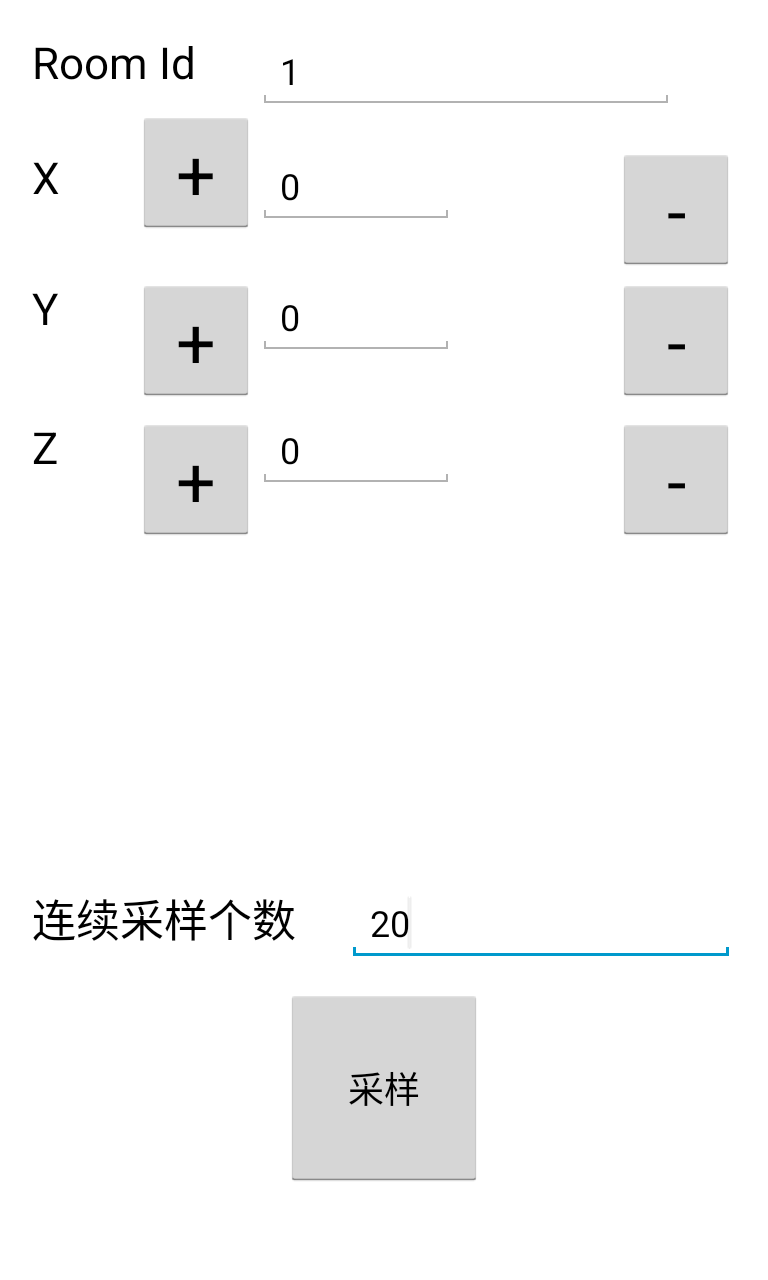
Repository: RenchuSong/tMap_Android
Layout: tmap_model_tool/res/layout/wifi_conllector.xml
An editor plug-in stored every save of this project. The layout is shown before and after the next save, followed by the edit.
It is drawn on a 768 x 1280 px phone screen (xhdpi) without system bars, with theme AppTheme; the app's code is not run.

Above is the layout before, as saved 2014-04-20 12:32:35.

### tmap_model_tool/res/layout/wifi_conllector.xml
<RelativeLayout xmlns:android="http://schemas.android.com/apk/res/android"
    xmlns:tools="http://schemas.android.com/tools"
    android:layout_width="match_parent"
    android:layout_height="match_parent"
    android:paddingBottom="@dimen/activity_vertical_margin"
    android:paddingLeft="@dimen/activity_horizontal_margin"
    android:paddingRight="@dimen/activity_horizontal_margin"
    android:paddingTop="@dimen/activity_vertical_margin"
    tools:context=".WifiCollector" >

    <TextView
        android:id="@+id/textView1"
        android:layout_width="wrap_content"
        android:layout_height="wrap_content"
        android:layout_alignParentLeft="true"
        android:layout_alignParentTop="true"
        android:text="Room Id"
        android:textAppearance="?android:attr/textAppearanceLarge" />

    <TextView
        android:id="@+id/textView2"
        android:layout_width="wrap_content"
        android:layout_height="wrap_content"
        android:layout_alignLeft="@+id/textView1"
        android:layout_below="@+id/textView1"
        android:layout_marginTop="28dp"
        android:text="X"
        android:textAppearance="?android:attr/textAppearanceLarge" />

    <TextView
        android:id="@+id/textView3"
        android:layout_width="wrap_content"
        android:layout_height="wrap_content"
        android:layout_alignLeft="@+id/textView2"
        android:layout_below="@+id/textView2"
        android:layout_marginTop="36dp"
        android:text="Y"
        android:textAppearance="?android:attr/textAppearanceLarge" />

    <TextView
        android:id="@+id/textView4"
        android:layout_width="wrap_content"
        android:layout_height="wrap_content"
        android:layout_alignLeft="@+id/textView3"
        android:layout_below="@+id/textView3"
        android:layout_marginTop="40dp"
        android:text="Z"
        android:textAppearance="?android:attr/textAppearanceLarge" />

    <EditText
        android:id="@+id/roomId"
        android:layout_width="wrap_content"
        android:layout_height="wrap_content"
        android:layout_marginLeft="30dp"
        android:layout_toRightOf="@+id/textView1"
        android:ems="10"
        android:text="1" >

    </EditText>

    <EditText
        android:id="@+id/x"
        android:layout_width="100dp"
        android:layout_height="wrap_content"
        android:layout_alignLeft="@+id/roomId"
        android:layout_alignTop="@+id/textView2"
        android:ems="10"
        android:text="0"  />

    <EditText
        android:id="@+id/y"
        android:layout_width="100dp"
        android:layout_height="wrap_content"
        android:layout_alignLeft="@+id/x"
        android:layout_alignTop="@+id/textView3"
        android:ems="10"
        android:text="0" >

    </EditText>

    <EditText
        android:id="@+id/z"
        android:layout_width="100dp"
        android:layout_height="wrap_content"
        android:layout_alignBaseline="@+id/textView4"
        android:layout_alignBottom="@+id/textView4"
        android:layout_alignLeft="@+id/y"
        android:ems="10"
        android:text="0" />

    <Button
        android:id="@+id/scan"
        android:layout_width="100dp"
        android:layout_height="100dp"
        android:layout_alignParentBottom="true"
        android:layout_centerHorizontal="true"
        android:layout_marginBottom="30dp"
        android:text="采样" />

    <Button
        android:id="@+id/up_x"
        android:layout_width="60dp"
        android:layout_height="wrap_content"
        android:layout_alignBaseline="@+id/x"
        android:layout_alignBottom="@+id/x"
        android:layout_toLeftOf="@+id/x"
        android:textSize="35sp"
        android:text="+" />

    <Button
        android:id="@+id/up_y"
        android:layout_width="60dp"
        android:layout_height="wrap_content"
        android:layout_alignLeft="@+id/up_x"
        android:layout_alignTop="@+id/y"
        android:textSize="35sp"
        android:text="+" />

    <Button
        android:id="@+id/up_z"
        android:layout_width="60dp"
        android:layout_height="wrap_content"
        android:layout_alignLeft="@+id/up_y"
        android:layout_alignTop="@+id/textView4"
        android:textSize="35sp"
        android:text="+" />

    <Button
        android:id="@+id/down_x"
        android:layout_width="60dp"
        android:layout_height="wrap_content"
        android:layout_alignParentRight="true"
        android:layout_alignTop="@+id/x"
        android:textSize="35sp"
        android:text="-" />

    <Button
        android:id="@+id/down_y"
        android:layout_width="60dp"
        android:layout_height="wrap_content"
        android:layout_alignParentRight="true"
        android:layout_alignTop="@+id/y"
        android:textSize="35sp"
        android:text="-" />

    <Button
        android:id="@+id/down_z"
        android:layout_width="60dp"
        android:layout_height="wrap_content"
        android:layout_alignBaseline="@+id/up_z"
        android:layout_alignBottom="@+id/up_z"
        android:layout_alignLeft="@+id/down_y"
        android:textSize="35sp"
        android:text="-" />

    <TextView
        android:id="@+id/textView5"
        android:layout_width="wrap_content"
        android:layout_height="wrap_content"
        android:layout_above="@+id/scan"
        android:layout_alignLeft="@+id/textView4"
        android:layout_marginBottom="19dp"
        android:text="连续采样个数"
        android:textAppearance="?android:attr/textAppearanceLarge" />

    <EditText
        android:id="@+id/each_time"
        android:layout_width="wrap_content"
        android:layout_height="wrap_content"
        android:layout_alignBaseline="@+id/textView5"
        android:layout_alignBottom="@+id/textView5"
        android:layout_marginLeft="25dp"
        android:layout_toRightOf="@+id/textView5"
        android:ems="10"
        android:text="20" >

        <requestFocus />
    </EditText>

</RelativeLayout>

Loaded but not shown: tmap_model_tool/res/values/styles.xml (common file); tmap_model_tool/res/values-v11/styles.xml (common file); tmap_model_tool/res/values-v14/styles.xml (common file); tmap_model_tool/res/values/dimens.xml (common file)

After the next save:
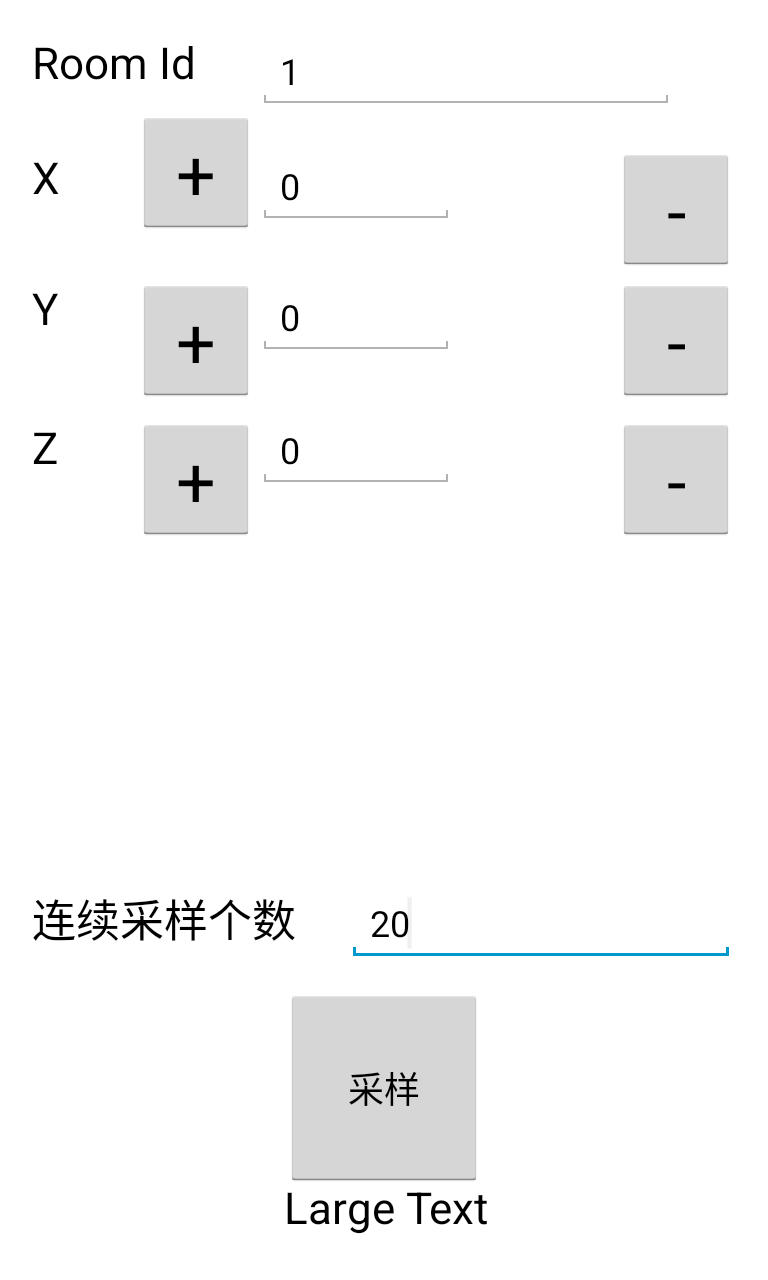
Saved 70 s later.
--- a/tmap_model_tool/res/layout/wifi_conllector.xml
+++ b/tmap_model_tool/res/layout/wifi_conllector.xml
@@ -177,4 +177,14 @@
         <requestFocus />
     </EditText>
 
+    <TextView
+        android:id="@+id/textView6"
+        android:layout_width="wrap_content"
+        android:layout_height="wrap_content"
+        android:layout_alignLeft="@+id/scan"
+        android:layout_alignParentBottom="true"
+        android:layout_marginBottom="6dp"
+        android:text="Large Text"
+        android:textAppearance="?android:attr/textAppearanceLarge" />
+
 </RelativeLayout>
